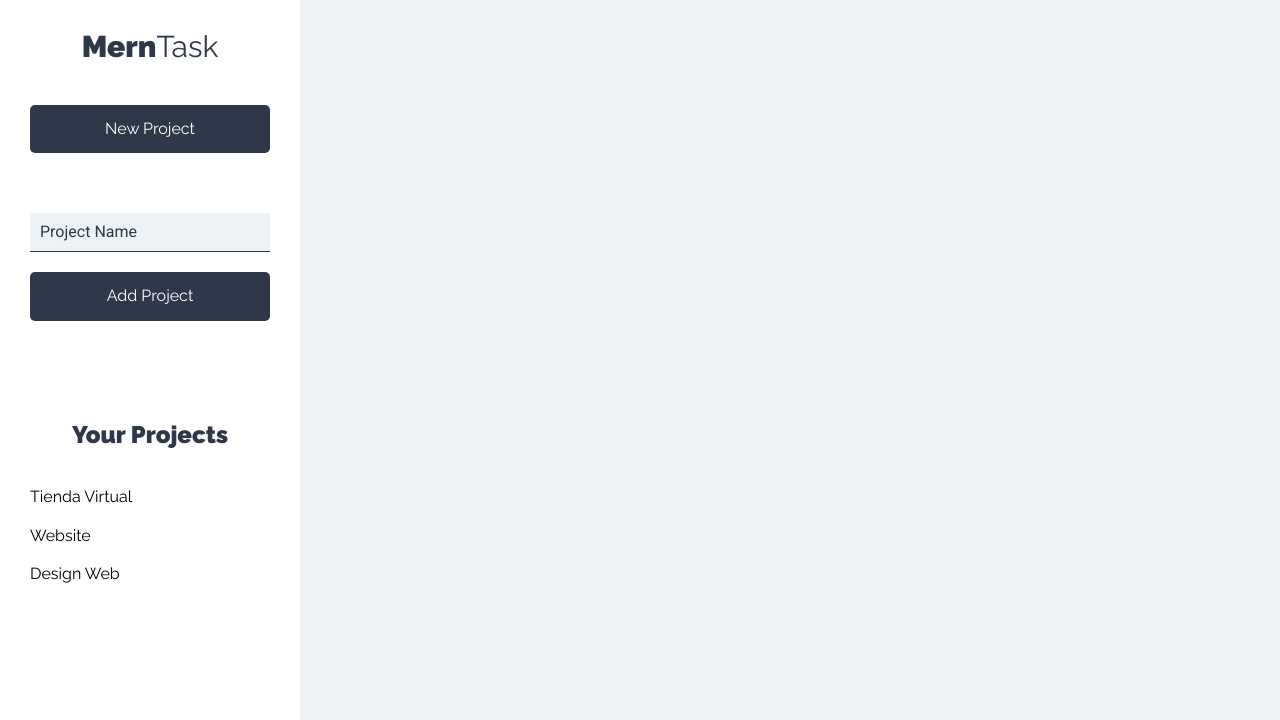
Repository: ppfeliuu/MERN-Task-Client
Page: /projects
An editor plug-in stored every save of this project. The page is shown before and after the next save, followed by the edit.
The browser window is 1280 px wide. The pictures show the whole page.
The project was rebuilt for these pictures with package versions that can differ from the ones it lists, and the page was loaded fresh each time. Also part of the build but not shown: src/components/auth/Login.js, src/components/auth/NewAccount.js.

Above is the page before, as saved 2020-02-16 10:22:50.

After the next save:
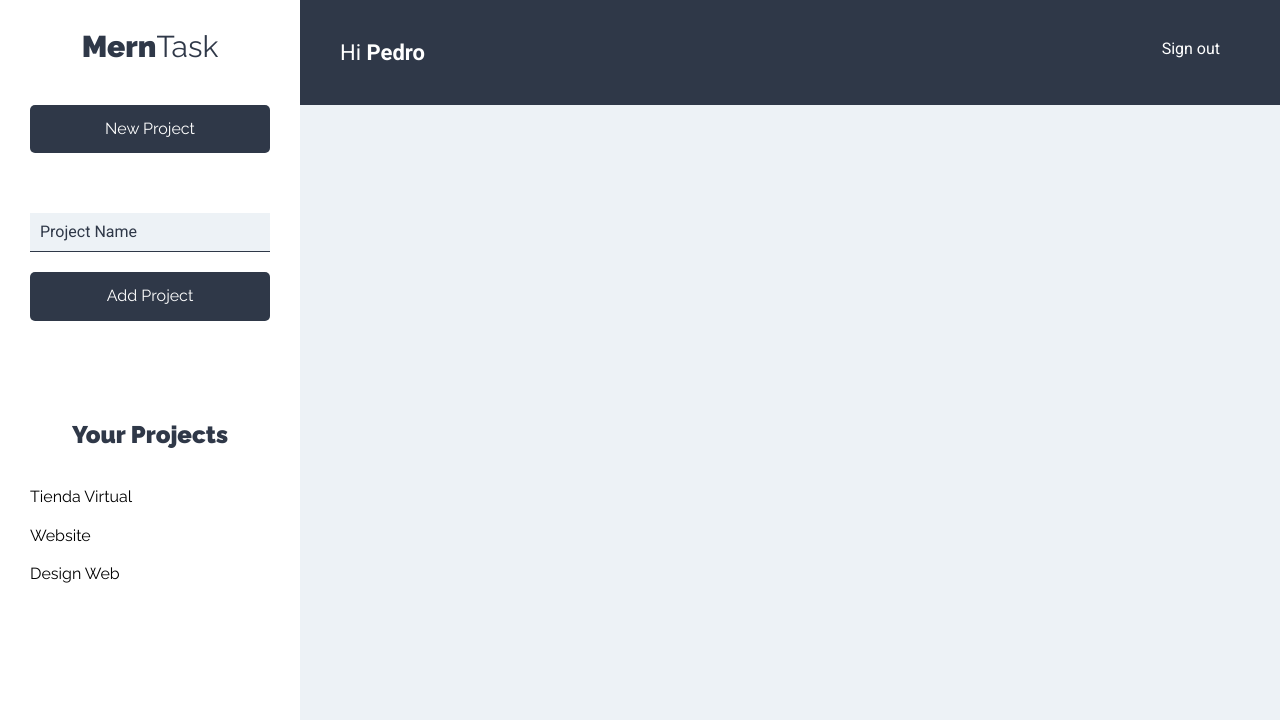
Saved 24 s later.
--- a/src/components/projects/Projects.js
+++ b/src/components/projects/Projects.js
@@ -1,6 +1,6 @@
 import React from "react";
 import Sidebar from "../layout/Sidebar";
-
+import Bar from "../layout/Bar";
 
 const Projects = () => {
   return (
@@ -8,8 +8,7 @@ const Projects = () => {
       <Sidebar />
 
       <div className="seccion-principal">
-
-
+        <Bar />
         <main>
           <div className="contenedor-tareas"></div>
         </main>
